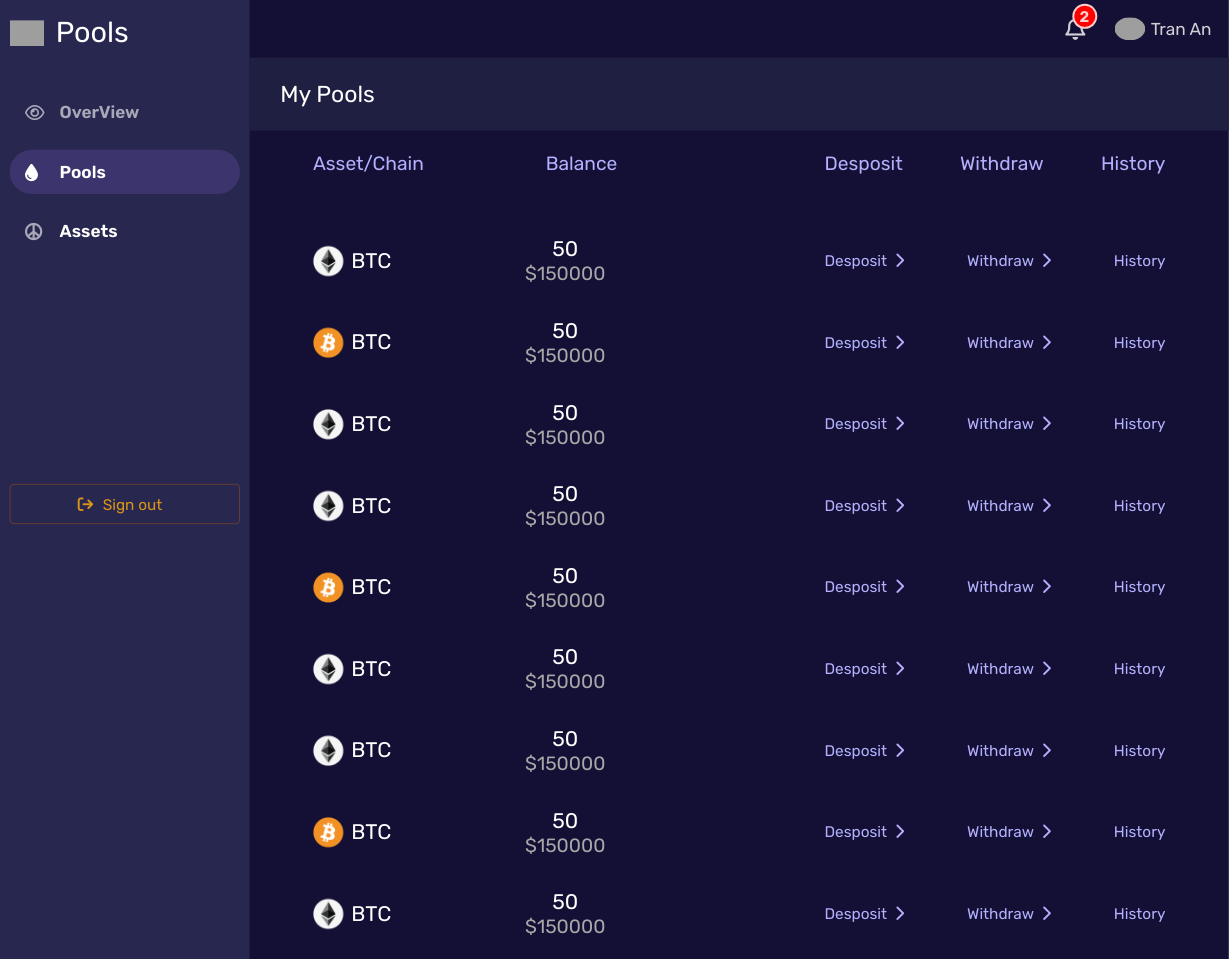
Repository: quynh232000/pools
Page: index.html
The author's editor kept a copy of each file at every save. The page is drawn from the files as they stood at one save, then again after the next save.
The browser window is 1280 px wide. The pictures show the whole page, at 96% of full size.
The pointer rests on the first visible `.content-nav`.
Pictures or frames that could not be fetched are drawn as grey boxes.

Above is the page before, as saved 2023-07-13 22:31:01.

After the next save:
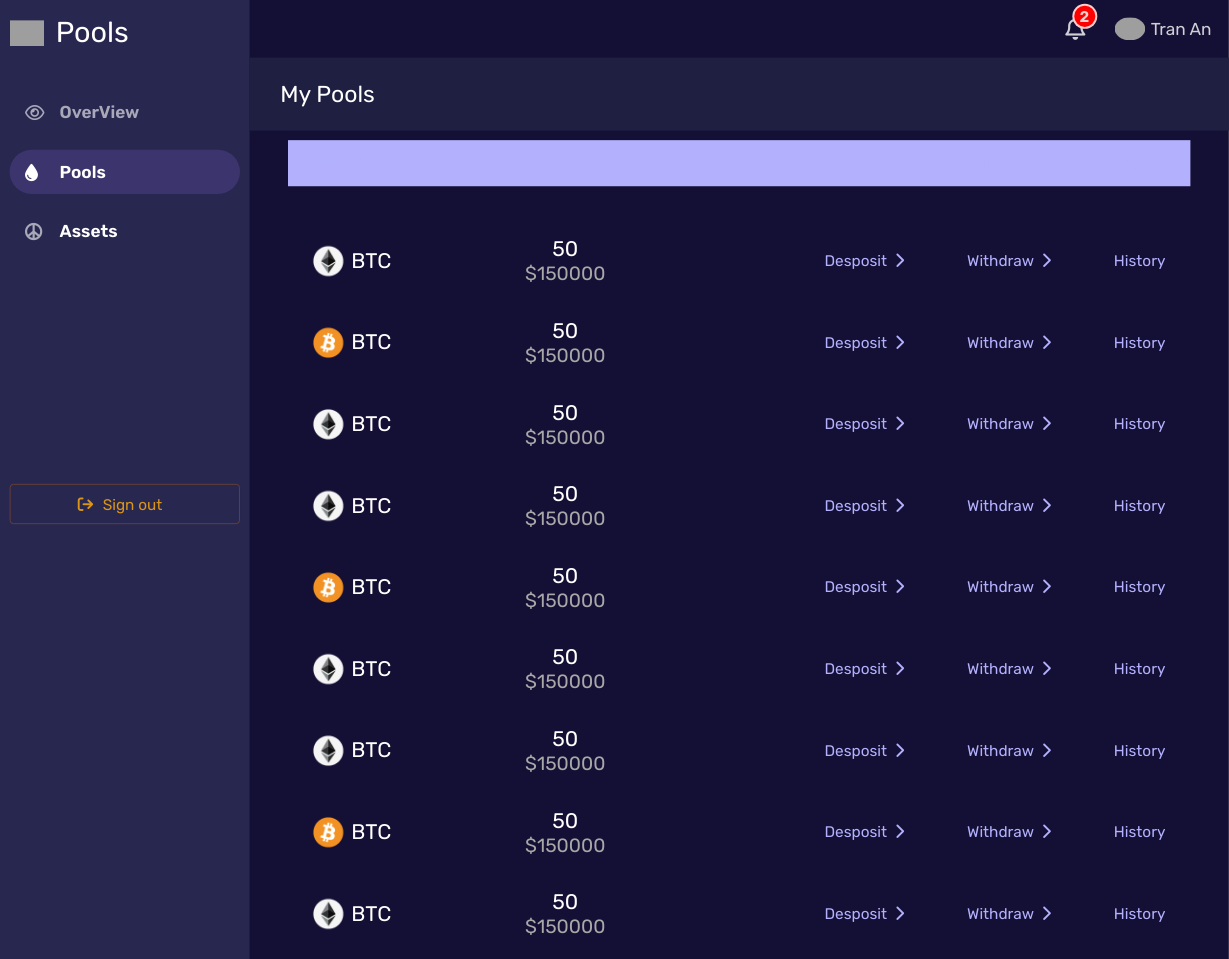
Saved 60 s later.
--- a/src/css/style.css
+++ b/src/css/style.css
@@ -152,6 +152,9 @@
     padding: 12px 26px;
     margin: 10px 0;
 }
+.content-nav:hover{
+    background-color: #b3b1fd;
+}
 .nav-left{
     width: 50%;
     display: flex;
